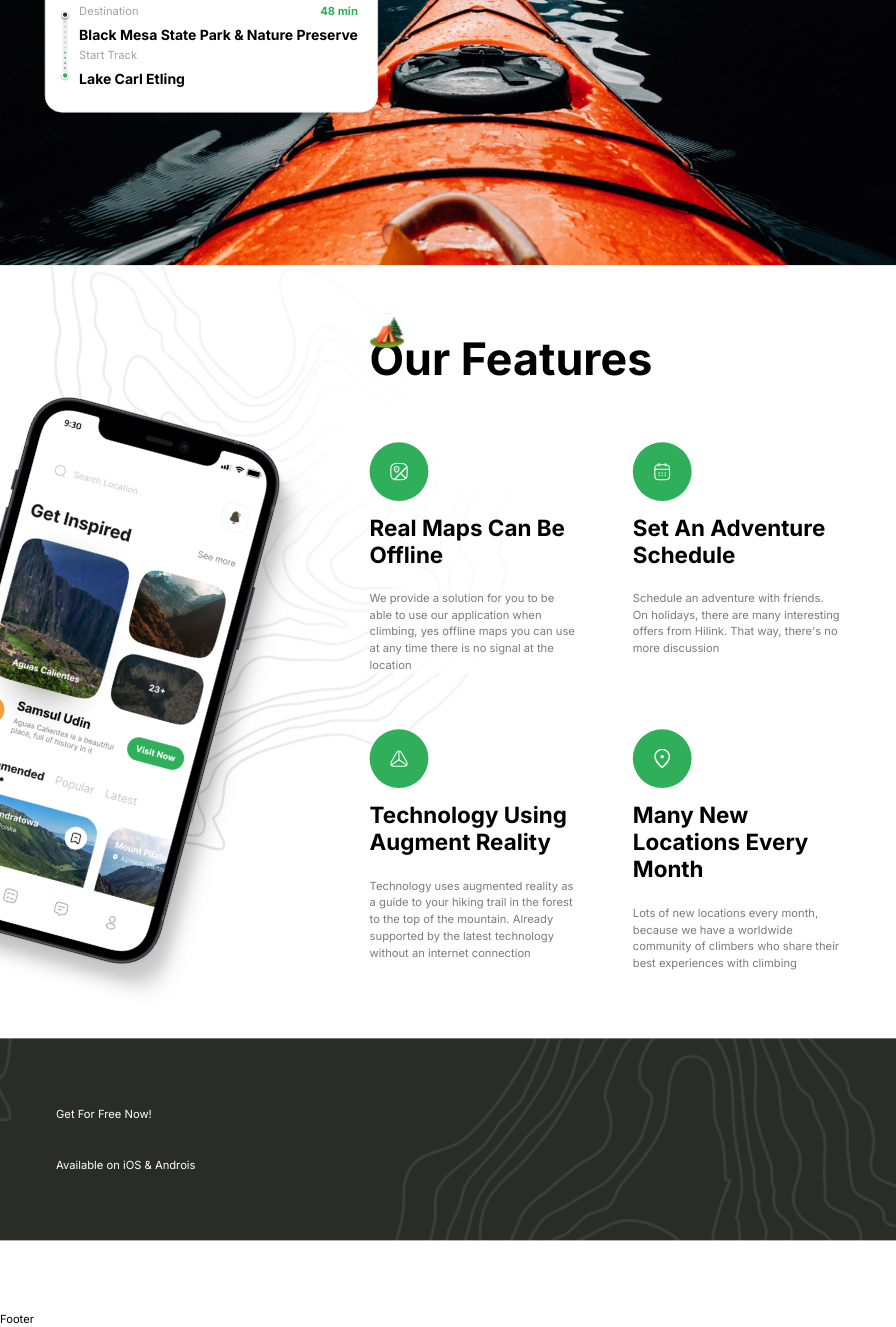
Repository: MikeeBuilds/camp
Page: /
These files come from the project's save history. The page is drawn as it stood at one moment and after the next save; the edit follows.
The browser window is 1280 px wide. The pictures show the part of the page from y = 2284 to 4204 px (the page is 4180 px tall before and 4204 px after), at 70% of full size.
The project was rebuilt for these pictures with package versions that can differ from the ones it lists, and the page was loaded fresh each time. The framework's server and built-in components were replaced by stand-ins that run in the browser. Also part of the build but not shown: next.config.js.

Above is the page before, as saved 2023-11-25 16:27:08.

After the next save:
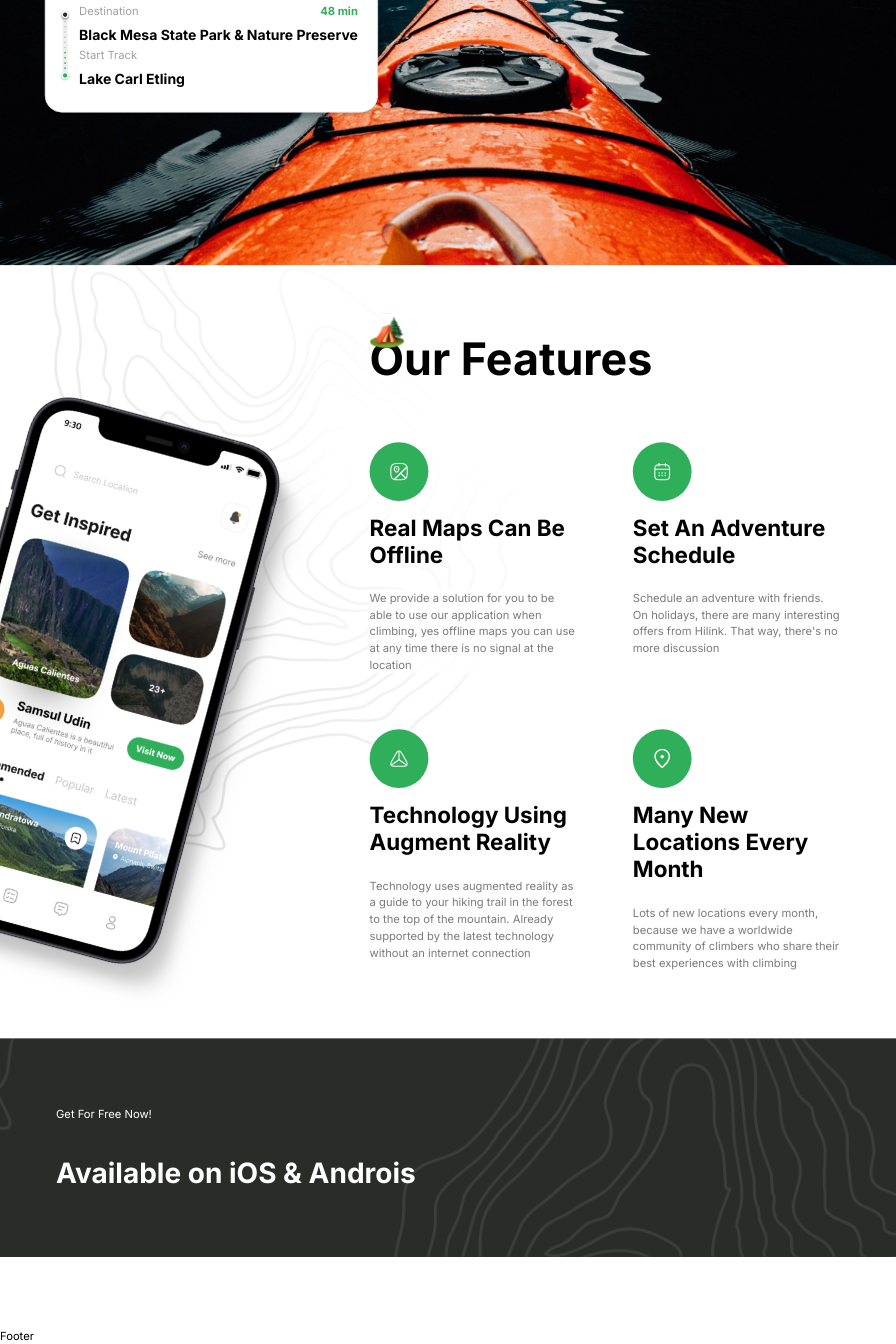
Saved 6 s later.
--- a/components/GetApp.tsx
+++ b/components/GetApp.tsx
@@ -6,7 +6,7 @@
       <div className='get-app'>
         <div className='z-20 flex w-full flex-1 flex-col items-start justify-center gap-12'>
           <h2>Get For Free Now!</h2>
-          <p>Available on iOS & Androis</p>
+          <p className='bold-40'>Available on iOS & Androis</p>
         </div>
       </div>
     </section>

After the 3 saves that followed:
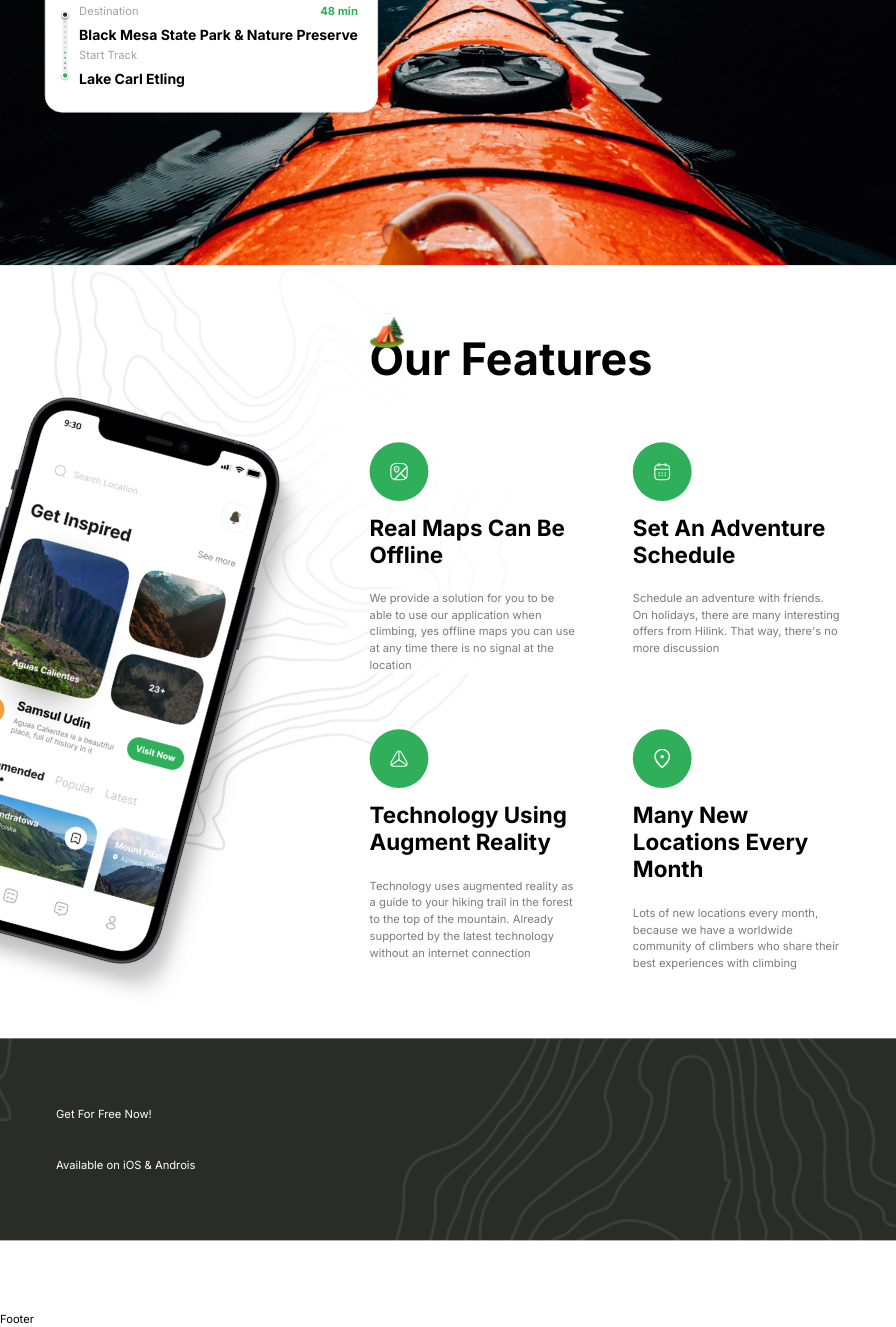
The 3 saves are shown as one change because they came seconds apart.
The last was saved 8 s later.
--- a/components/GetApp.tsx
+++ b/components/GetApp.tsx
@@ -5,8 +5,8 @@
     <section className='flexCenter w-full flex-col pb-[100px]'>
       <div className='get-app'>
         <div className='z-20 flex w-full flex-1 flex-col items-start justify-center gap-12'>
-          <h2>Get For Free Now!</h2>
-          <p className='bold-40'>Available on iOS & Androis</p>
+          <h2 className=''>Get For Free Now!</h2>
+          <p>Available on iOS & Androis</p>
         </div>
       </div>
     </section>
